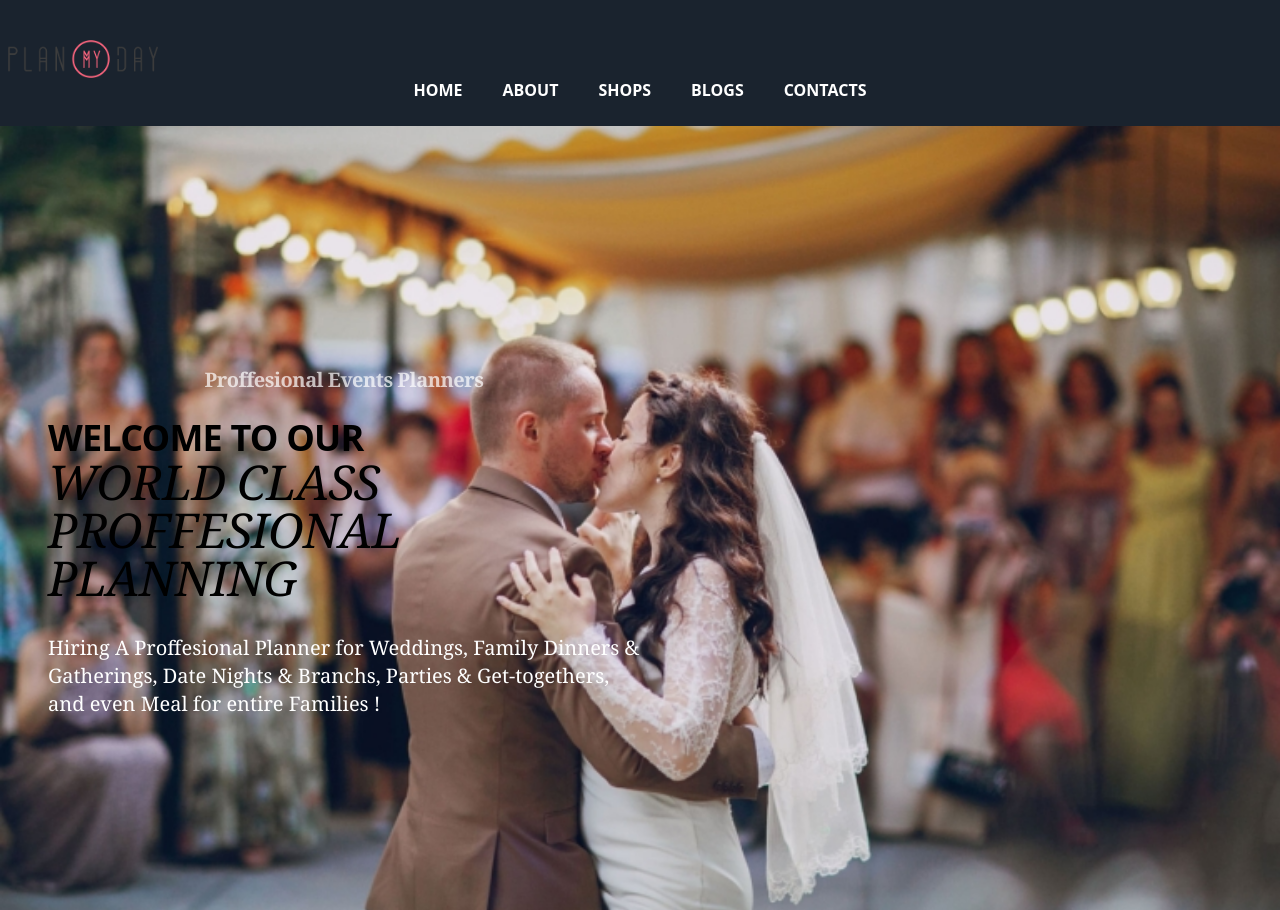
Repository: remydev47/eventsplanner
Page: /
These files come from the project's save history. The page is drawn as it stood at one moment and after the next save; the edit follows.
The browser window is 1280 px wide. The pictures show the whole page.
The project was rebuilt for these pictures with package versions that can differ from the ones it lists, and the page was loaded fresh each time. The framework's server and built-in components were replaced by stand-ins that run in the browser. Also part of the build but not shown: next.config.js, components/Header.jsx, components/Navbar.jsx, sections/Gallery.jsx, sections/Testimonial.jsx, sections/Plan.jsx, sections/Products.jsx, sections/Projects.jsx.

Above is the page before, as saved 2023-01-21 09:43:42.

### app/layout.jsx
import '../styles/globals.css';

export default function RootLayout({ children }) {
  return (
    <html lang="en">
      {/*
        <head /> will contain the components returned by the nearest parent
        head.jsx. Find out more at https://beta.nextjs.org/docs/api-reference/file-conventions/head
      */}
      <head />
      <body>{children}</body>
    </html>
  )
}

### app/page.jsx
import Header from '@/components/Header'
import Navbar from '@/components/Navbar'
import Navigation from '@/components/Navigation'
import { Hero } from '@/sections'
import Image from 'next/image'


export default function Home() {
  return (
   <div className='bg-primary-black'>
     <Navigation />
     {/* <Header /> */}
     <Hero />
   </div>
  )
}

### components/Navigation.jsx
'use client';

import { navLinks } from '@/constants';
import Image from 'next/image';
import React, {useState} from 'react'
import Logo from './Logo';

const Navigation = () => {
    const [toggle, setToggle] = useState(false);

  return (
   <header>
     <nav className={styles.container}>
        <Logo />
        <ul
          className={styles.navWrapper}
        >
            {navLinks.map((nav, index) => (
                <li
                 key={nav.id}
                 className={`font-poppins font-bold cursor-pointer text-[16px]
                   ${index === navLinks.length - 1 ? 'mr-0' : 'mr-10'}
                  text-white `}
                >
                    <a href={`#${nav.id}`}>
                        {nav.title}
                    </a>
                </li>
            ))}
        </ul>
      </nav>
   </header>
  )
}

export default Navigation;
const styles = {
    container:`w-full py-6 justify-between items-center navbar`,
    navWrapper:`list-none sm:flex hidden justify-center items-center flex-1`,
    navWrapper2:`list-none flex flex-col justify-end items-center flex-1`,
    mobile:`sm:hidden flex flex-1 justify-end items-center`,
    mobileItem:`h-[28px] w-[28px] object-contain`,
    toggleContainer:`p-6 bg-primary-black absolute top-20 right-0 mx-4 my-2 min-w-[140px] rounded-xl sidebar`
}

### sections/index.js
import Gallery from "./Gallery";
import Testimonial from "./Testimonial";
import Plan from "./Plan";
import Products from "./Products";
import Projects from "./Projects";
import Hero from "./Hero";

export {
    Gallery, Testimonial, Plan, Products, Projects, Hero
}

### constants/index.js
export const navLinks =[
    {
        id:"home",
        title:"HOME"
    },
    {
        id:"about",
        title:"ABOUT"
    },
    {
        id:"shop",
        title:"SHOPS"
    },

    {
        id:"blog",
        title:"BLOGS"
    },
    {
        id:"contacts",
        title:"CONTACTS"
    },
]

### components/Logo.jsx
'use client';
import Image from "next/image";

const Logo = () => {
  return (
    <div>
        <Image
          alt="events-planner"
          src='/images/logo_black.png'
          width={150}
          height={75}
          className='ml-2 mt-4'
        />
    </div>
  )
}

export default Logo

### utils/motion.js
export const navVariants = {
    hidden: {
      opacity: 0,
      y: -50,
      transition: {
        type: 'spring',
        stiffness: 300,
        damping: 140,
      },
    },
    show: {
      opacity: 1,
      y: 0,
      transition: {
        type: 'spring',
        stiffness: 80,
        delay: 1,
      },
    },
  };

  export const slideIn = (direction, type, delay, duration) => ({
    hidden: {
      x: direction === 'left' ? '-100%' : direction === 'right' ? '100%' : 0,
      y: direction === 'up' ? '100%' : direction === 'down' ? '100%' : 0,
    },
    show: {
      x: 0,
      y: 0,
      transition: {
        type,
        delay,
        duration,
        ease: 'easeOut',
      },
    },
  });

  export const staggerContainer = (staggerChildren, delayChildren) => ({
    hidden: {},
    show: {
      transition: {
        staggerChildren,
        delayChildren,
      },
    },
  });

  export const textVariant = (delay) => ({
    hidden: {
      y: 50,
      opacity: 0,
    },
    show: {
      y: 0,
      opacity: 1,
      transition: {
        type: 'spring',
        duration: 1.25,
        delay,
      },
    },
  });

  export const textContainer = {
    hidden: {
      opacity: 0,
    },
    show: (i = 1) => ({
      opacity: 1,
      transition: { staggerChildren: 0.1, delayChildren: i * 0.1 },
    }),
  };

  export const textVariant2 = {
    hidden: {
      opacity: 0,
      y: 20,
    },
    show: {
      opacity: 1,
      y: 0,
      transition: {
        type: 'tween',
        ease: 'easeIn',
      },
    },
  };

  export const fadeIn = (direction, type, delay, duration) => ({
    hidden: {
      x: direction === 'left' ? 100 : direction === 'right' ? -100 : 0,
      y: direction === 'up' ? 100 : direction === 'down' ? -100 : 0,
      opacity: 0,
    },
    show: {
      x: 0,
      y: 0,
      opacity: 1,
      transition: {
        type,
        delay,
        duration,
        ease: 'easeOut',
      },
    },
  });

  export const planetVariants = (direction) => ({
    hidden: {
      x: direction === 'left' ? '-100%' : '100%',
      rotate: 120,
    },
    show: {
      x: 0,
      rotate: 0,
      transition: {
        type: 'spring',
        duration: 1.8,
        delay: 0.5,
      },
    },
  });

  export const zoomIn = (delay, duration) => ({
    hidden: {
      scale: 0,
      opacity: 0,
    },
    show: {
      scale: 1,
      opacity: 1,
      transition: {
        type: 'tween',
        delay,
        duration,
        ease: 'easeOut',
      },
    },
  });

  export const footerVariants = {
    hidden: {
      opacity: 0,
      y: 50,
      transition: {
        type: 'spring',
        stiffness: 300,
        damping: 140,
      },
    },
    show: {
      opacity: 1,
      y: 0,
      transition: {
        type: 'spring',
        stiffness: 80,
        delay: 0.5,
      },
    },
  };

### sections/Hero.jsx
'use client';
import { slideIn } from "@/utils/motion";
import { motion } from "framer-motion";

const Hero = () => {
    return(
    <section className='relative pt-48 pb-12 xl:pt-60 sm:pb-16 lg:pb-32 xl:pb-48 2xl:pb-56'>
        <motion.div
          variants={slideIn('right', 'tween', 0.2, 1)}
         >
          <div className="absolute inset-0">
           <img className="object-cover w-full h-full" src="/images/hero.jpg" alt="" />
          </div>
        </motion.div>

     <div className='relative'>
       <div className="px-6 mx-auto sm:px-8 lg:px-12 max-w-7xl">
        <div className="w-full lg:w-2/3 xl:w-1/2">
         <h1 className="font-serif text-xl font-bold tracking-tight text-white text-opacity-70 text-center">Proffesional Events Planners</h1>
          <p className="mt-6 tracking-tighter text-[#000]">
            <span className="font-sans font-bold text-4xl">WELCOME TO OUR </span><br />
            <span className="font-serif italic font-BOLD text-5xl">WORLD CLASS PROFFESIONAL PLANNING</span>
         </p>
         <p className="mt-8 font-erif text-xl font-serif text-[#fff]">
          Hiring A Proffesional Planner for Weddings, Family Dinners & Gatherings, Date Nights & Branchs, Parties & Get-togethers, and even Meal for entire Families !
         </p>
        </div>
      </div>
     </div>
     </section>
    )
}

export default Hero;

Loaded but not shown: styles/globals.css (common file); tailwind.config.js (common file)

After the next save:
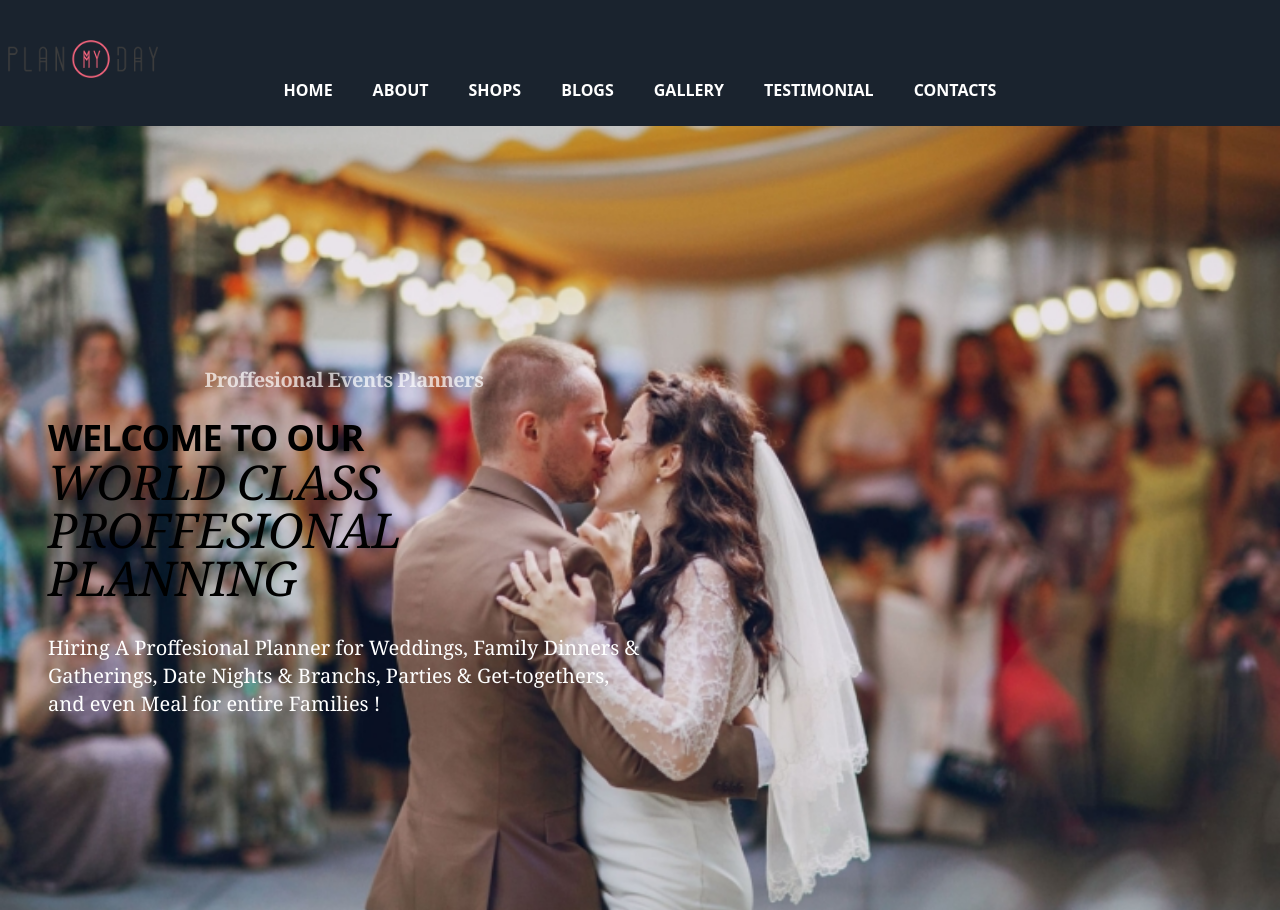
Saved 2 min 12 s later.
--- a/constants/index.js
+++ b/constants/index.js
@@ -17,6 +17,14 @@
         title:"BLOGS"
     },
     {
+        id:"gallery",
+        title:"GALLERY"
+    },
+    {
+        id:"testimonials",
+        title:"TESTIMONIAL"
+    },
+    {
         id:"contacts",
         title:"CONTACTS"
     },
